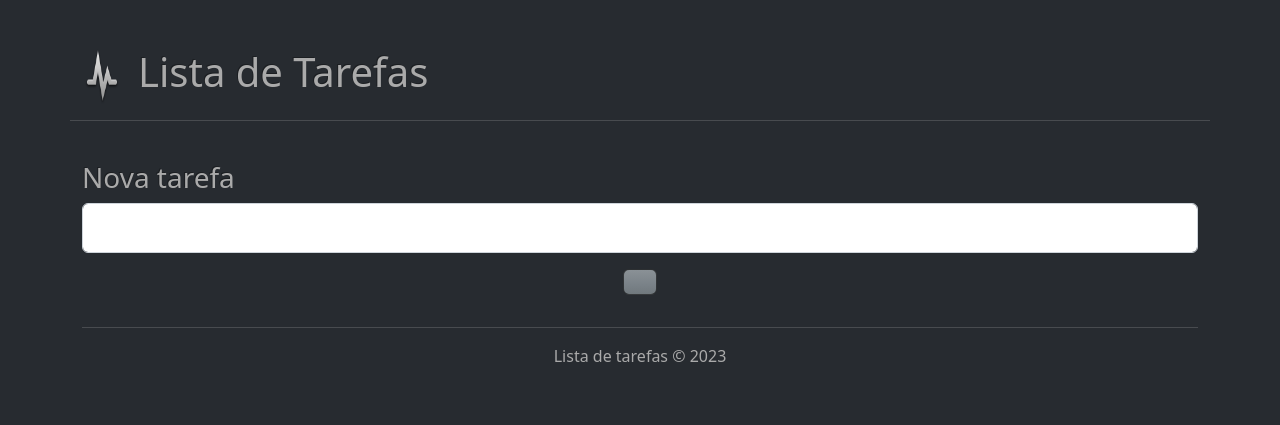
Repository: cargugati/lista_tarefas
Page: frontEnd/new_task.html
The author's editor kept a copy of each file at every save. The page is drawn from the files as they stood at one save, then again after the next save.
The browser window is 1280 px wide. The pictures show the whole page.

Above is the page before, as saved 2023-03-30 10:37:22.

After the next save:
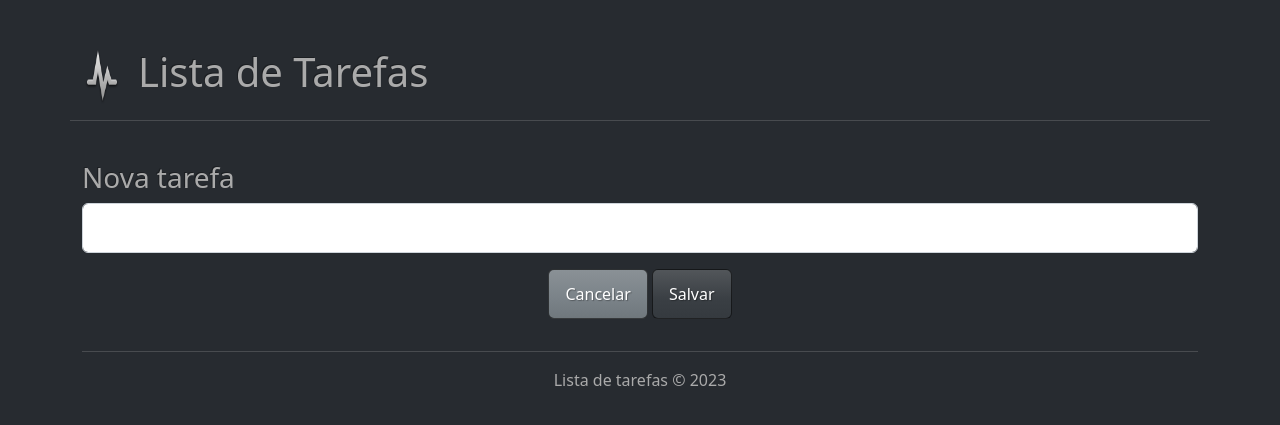
Saved 73 s later.
--- a/frontEnd/new_task.html
+++ b/frontEnd/new_task.html
@@ -35,7 +35,8 @@
           <input type="text" name="" id="text_task_text" class="form-control">
         </div>
         <div class="text-center">
-          <a href="#" class="btn btn-secondary"></a>
+          <a href="#" class="btn btn-secondary">Cancelar</a>
+          <button class="btn btn-primary">Salvar</button>
 
         </div>
       </div>
